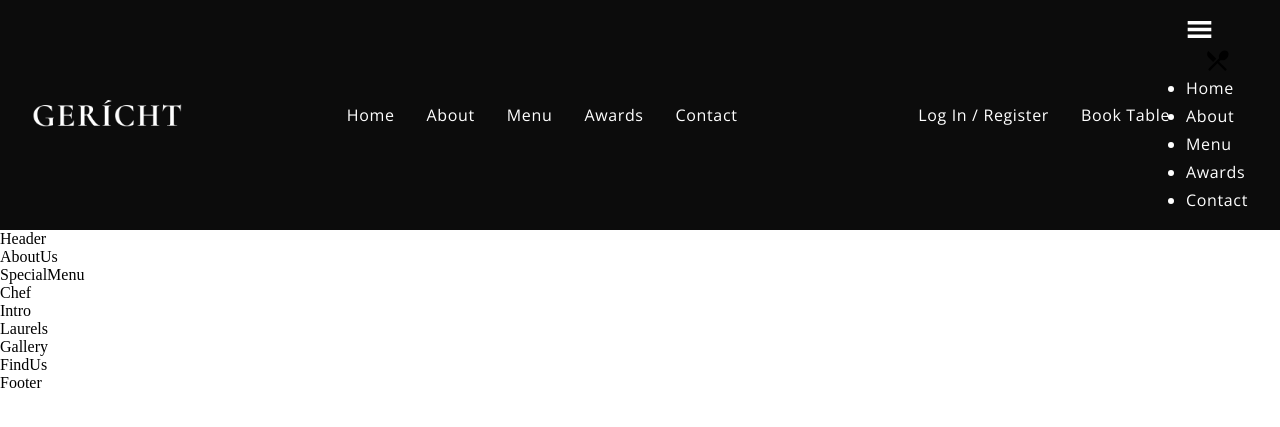
Repository: Isanderr/react-restaurant-page
Page: /
These files come from the project's save history. The page is drawn as it stood at one moment and after the next save; the edit follows.
The browser window is 1280 px wide. The pictures show the whole page.
Some web fonts or font styles are not loaded; a fallback is used. The project was rebuilt for these pictures with package versions that can differ from the ones it lists, and the page was loaded fresh each time. Also part of the build but not shown: src/components/SubHeading/SubHeading.jsx, src/components/Footer/Newsletter.jsx, src/components/Footer/FooterOverlay.jsx, src/components/Menuitem/MenuItem.jsx.

Above is the page before, as saved 2022-05-21 14:45:25.

### public/index.html
<!DOCTYPE html>
<html lang="en">
  <head>
    <meta charset="utf-8" />
    <link rel="icon" href="%PUBLIC_URL%/favicon.ico" />
    <meta name="viewport" content="width=device-width, initial-scale=1" />
    <meta name="theme-color" content="#000000" />
    <meta
      name="description"
      content="Web site created using create-react-app"
    />
    <link rel="apple-touch-icon" href="%PUBLIC_URL%/logo192.png" />
    <link rel="manifest" href="%PUBLIC_URL%/manifest.json" />
    <title>Restaurant Page</title>
  </head>
  <body>
    <noscript>You need to enable JavaScript to run this app.</noscript>
    <div id="root"></div>
  </body>
</html>

### src/index.js
import React from 'react';
import { createRoot } from 'react-dom/client';

import './index.css';
import App from './App';

const container = document.getElementById('root');
const root = createRoot(container);
root.render(<React.StrictMode>
  <App />
</React.StrictMode>);

### src/components/Navbar/Navbar.jsx
import React from 'react';
import {GiHamburgerMenu} from 'react-icons/gi';
import {MdOutlineRestaurantMenu} from 'react-icons/md';
import images from '../../constants/images';


import './Navbar.css';

const Navbar = () => (
  <nav className="app__navbar">
    <div className="app__navbar-logo">
      <img src={ images.gericht} alt="logo"/>
    </div>
    <ul className="app__navbar-links">
      <li className="p__opensans"><a href="#home">Home</a></li>
      <li className="p__opensans"><a href="#about">About</a></li>
      <li className="p__opensans"><a href="#menu">Menu</a></li>
      <li className="p__opensans"><a href="#awards">Awards</a></li>
      <li className="p__opensans"><a href="#contact">Contact</a></li>
    </ul>
    <div className="app__navbar-login">
      <a href="#login" className="p__opensans">Log in / Register</a>
      <div/>
      <a href="/" className="p__opensans">Book Table</a>
    </div>
    <div className="app__navbar-smallscreen">
      <GiHamburgerMenu color="#fff" fontSize={27} onClick={() => { }} />


      <div className="app__navbar-smallscreen_overlay flex__center slide-bottom">
        <MdOutlineRestaurantMenu fontSize={27} className="overlay__close" onClick={() => { }}/>
      </div>

      <ul className="app__navbar-smallscreen-links">
      <li className="p__opensans"><a href="#home">Home</a></li>
      <li className="p__opensans"><a href="#about">About</a></li>
      <li className="p__opensans"><a href="#menu">Menu</a></li>
      <li className="p__opensans"><a href="#awards">Awards</a></li>
      <li className="p__opensans"><a href="#contact">Contact</a></li>
    </ul>
    </div>
  </nav>
);

export default Navbar;

### src/constants/images.js
import bg from '../assets/bg.png';
import chef from '../assets/chef.png';
import G from '../assets/G.png';
import gallery01 from '../assets/gallery01.png';
import gallery02 from '../assets/gallery02.png';
import gallery03 from '../assets/gallery03.png';
import gallery04 from '../assets/gallery04.png';
import knife from '../assets/knife.png';
import logo from '../assets/logo.png';
import menu from '../assets/menu.png';
import overlaybg from '../assets/overlaybg.png';
import spoon from '../assets/spoon.svg';
import welcome from '../assets/welcome.png';
import findus from '../assets/findus.png';
import laurels from '../assets/laurels.png';
import award01 from '../assets/award01.png';
import award02 from '../assets/award02.png';
import award03 from '../assets/award03.png';
import award05 from '../assets/award05.png';
import sign from '../assets/sign.png';
import quote from '../assets/quote.png';
import gericht from '../assets/gericht.png';

export default {
  bg,
  chef,
  G,
  gallery01,
  gallery02,
  gallery03,
  gallery04,
  knife,
  logo,
  menu,
  overlaybg,
  spoon,
  welcome,
  findus,
  laurels,
  award01,
  award02,
  award03,
  award05,
  sign,
  quote,
  gericht,
};

### src/components/Navbar/Navbar.css
.app__navbar {
    width: 100%;
    display: flex;
    justify-content: space-between;
    align-items: center;
    background: var(--color-black);
    padding: 1rem 2rem;
}

.app__navbar-logo{
    display: flex;
    justify-content: flex-start;
    align-items: center;
}

.app__navbar-logo img {
    width: 150px;
}

.app__navbar-links {
    flex: 1;
    display: flex;
    justify-content: center;
    align-items: center;

    list-style: none;
}
.app__navbar-links li{
    margin: 0 1rem;
    cursor: pointer;
}

.app__navbar-links li:hover{
    color: var(--color-grey)
}

.app__navbar-login{
    display: flex;
    justify-content: flex-end;
    align-items: center;
}

.app__navbar-login a{
    margin: 0 1rem;
    text-decoration: none;
    transition: 0.5s ease;
}
.app__navbar-login a:hover {
    border-bottom: 1px solid var(--color-golden);
}

.app_navbar-login div {
    width: 1px;
    height: 30px;
    background-color: var(--color-grey);
}

Loaded but not shown: src/index.css (common file); src/App.js (common file); src/container/index.js (common file); src/components/index.js (common file); src/App.css (common file); src/container/AboutUs/AboutUs.jsx (common file); src/container/Chef/Chef.jsx (common file); src/container/Findus/FindUs.jsx (common file); src/container/Footer/Footer.jsx (common file); src/container/Gallery/Gallery.jsx (common file); src/container/Header/Header.jsx (common file); src/container/Intro/Intro.jsx (common file); src/container/Laurels/Laurels.jsx (common file); src/container/Menu/SpecialMenu.jsx (common file); src/components/Footer/FooterOverlay.css (no stored copy; drawn as an empty file); src/components/Footer/Newsletter.css (no stored copy; drawn as an empty file); src/components/Menuitem/MenuItem.css (no stored copy; drawn as an empty file); src/container/AboutUs/AboutUs.css (no stored copy; drawn as an empty file); src/container/Chef/Chef.css (no stored copy; drawn as an empty file); src/container/Footer/Footer.css (no stored copy; drawn as an empty file); src/container/Gallery/Gallery.css (no stored copy; drawn as an empty file); src/container/Header/Header.css (no stored copy; drawn as an empty file); src/container/Intro/Intro.css (no stored copy; drawn as an empty file); src/container/Laurels/Laurels.css (no stored copy; drawn as an empty file); src/container/Menu/SpecialMenu.css (no stored copy; drawn as an empty file)

After the next save:
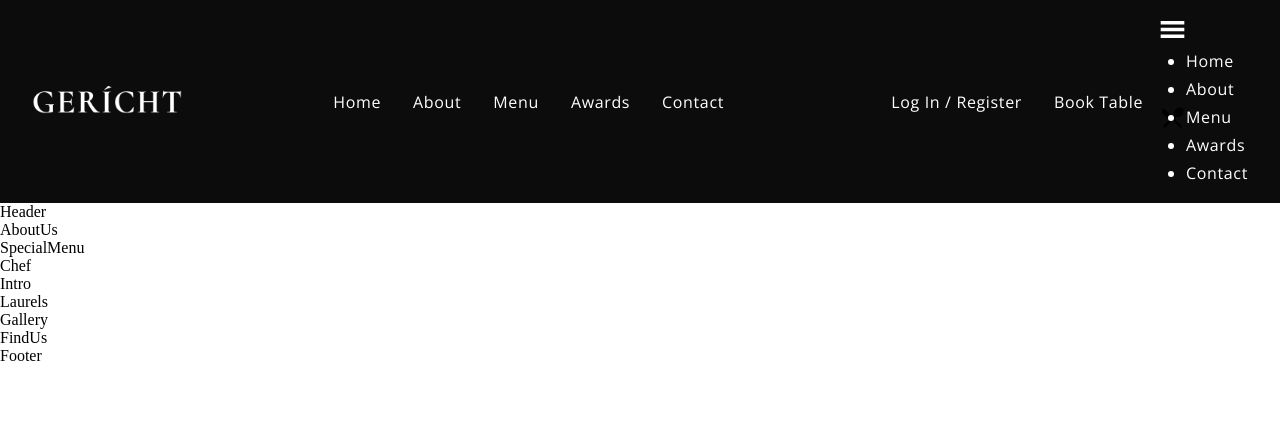
Saved 50 s later.
--- a/src/components/Navbar/Navbar.jsx
+++ b/src/components/Navbar/Navbar.jsx
@@ -28,16 +28,15 @@ const Navbar = () => (
 
 
       <div className="app__navbar-smallscreen_overlay flex__center slide-bottom">
-        <MdOutlineRestaurantMenu fontSize={27} className="overlay__close" onClick={() => { }}/>
-      </div>
-
-      <ul className="app__navbar-smallscreen-links">
+        <MdOutlineRestaurantMenu fontSize={27} className="overlay__close" onClick={() => { }} />
+        <ul className="app__navbar-smallscreen-links">
       <li className="p__opensans"><a href="#home">Home</a></li>
       <li className="p__opensans"><a href="#about">About</a></li>
       <li className="p__opensans"><a href="#menu">Menu</a></li>
       <li className="p__opensans"><a href="#awards">Awards</a></li>
       <li className="p__opensans"><a href="#contact">Contact</a></li>
     </ul>
+      </div>
     </div>
   </nav>
 );
